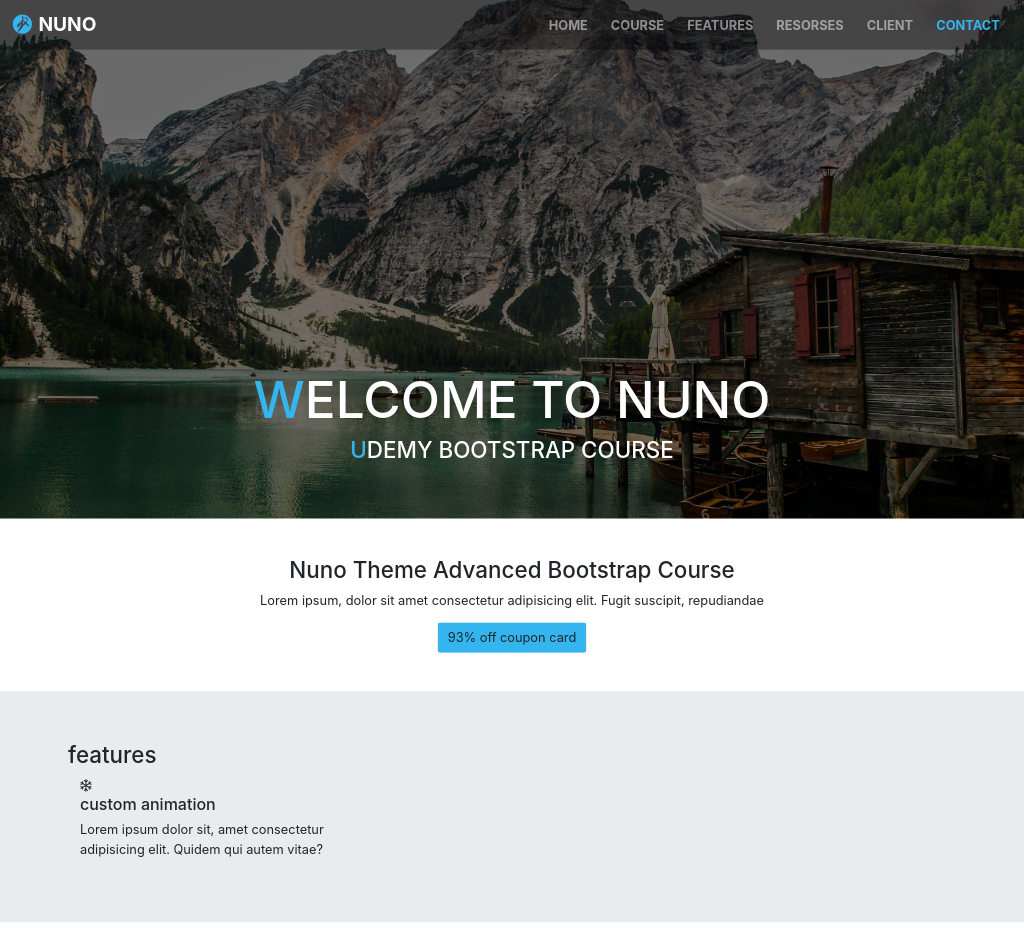
Repository: Mietlicha/bootstrap_template_exercise
Page: index.html
These files come from the project's save history. The page is drawn as it stood at one moment and after the next save; the edit follows.
The browser window is 1280 px wide. The pictures show the whole page, at 80% of full size.

Above is the page before, as saved 2019-11-19 20:02:55.

### index.html
<!DOCTYPE html>
<html lang="en">

<head>
    <meta charset="UTF-8">
    <meta name="viewport" content="width=device-width, initial-scale=1.0">
    <meta http-equiv="X-UA-Compatible" content="ie=edge">
    <title>Bootstrap template</title>
    <link rel="stylesheet" href="https://stackpath.bootstrapcdn.com/bootstrap/4.3.1/css/bootstrap.min.css"
        integrity="sha384-ggOyR0iXCbMQv3Xipma34MD+dH/1fQ784/j6cY/iJTQUOhcWr7x9JvoRxT2MZw1T" crossorigin="anonymous">
    <link rel="stylesheet" href="style.css">
    <link rel="stylesheet" href="https://cdnjs.cloudflare.com/ajax/libs/font-awesome/4.7.0/css/font-awesome.min.css">
</head>

<body data-spy="scroll" data-target="#main-nav">
    <!--------------------nav/home-------------------------------------------------------------------->
    <nav id="main-nav" class="navbar navbar-expand-md navbar-dark bg-dark font-weight-bold fixed-top">
        <a class="navbar-brand" href="#"><i class="fa fa-grav mr-2" aria-hidden="true"></i>Nuno</a>
        <button class="navbar-toggler" type="button" data-toggle="collapse" data-target="#navbarSupportedContent"
            aria-controls="navbarSupportedContent" aria-expanded="false" aria-label="Toggle navigation">
            <span class="navbar-toggler-icon"></span>
        </button>

        <div class="collapse navbar-collapse" id="navbarSupportedContent">
            <ul class="navbar-nav ml-auto">
                <li class="nav-item">
                    <a class="nav-link" href="#home">Home</a>
                </li>
                <li class="nav-item">
                    <a class="nav-link" href="#course">Course</a>
                </li>
                <li class="nav-item">
                    <a class="nav-link" href="#feature">Features</a>
                </li>
                <li class="nav-item">
                    <a class="nav-link" href="#resourses">Resorses</a>
                </li>
                <li class="nav-item">
                    <a class="nav-link" href="#client">Client</a>
                </li>
                <li class="nav-item">
                    <a class="nav-link" href="#contact">Contact</a>
                </li>
        </div>
    </nav>
<!--------------------main----------------------------------------------------------------->
<main>
    <!--------------------home-------------------->
    <section id="home">
        <div class="home--landing-page">
        </div>
        <div class="home--caption">
            <h1>Welcome to Nuno</h1>
            <h3>Udemy bootstrap course</h3>
        </div>
    </section>

    <!--------------------corse-------------------->
    <section id="course" class="container text-center mt-5 mb-5">
        <header><h3>Nuno Theme Advanced Bootstrap Course</h3></header>
        <p>Lorem ipsum, dolor sit amet consectetur adipisicing elit. Fugit suscipit, repudiandae
        </p>
        <a href="#" class="btn btn-md" target="_blnk">93% off coupon card</a>
    </section>
    <!--------------------feature-------------------->
    <section id="feature">
            <div class="jumbotron jumbotron-fluid">
                    <div class="container">
                     <header><h3>features</h3></header>
                     <div class="feature-item col-md-4">
                        <i class="fa fa-snowflake-o" aria-hidden="true"></i>
                         <h5>custom animation</h5>
                         <p>Lorem ipsum dolor sit, amet consectetur adipisicing elit. Quidem qui autem vitae?</p>
                    </div>
                     <div class="feature-item"></div>
                     <div class="feature-item"></div>
                    </div>
                  </div>
    </section>
    <!--------------------Resourses-------------------->
    <section id="resourses">

    </section>
    <!--------------------Client-------------------->
    <section id="client">

    </section>
    <!--------------------Contact-------------------->
    <section id="contact">

    </section>
</main>

    <script src="https://code.jquery.com/jquery-3.3.1.slim.min.js"
        integrity="sha384-q8i/X+965DzO0rT7abK41JStQIAqVgRVzpbzo5smXKp4YfRvH+8abtTE1Pi6jizo"
        crossorigin="anonymous"></script>
    <script src="https://cdnjs.cloudflare.com/ajax/libs/popper.js/1.14.7/umd/popper.min.js"
        integrity="sha384-UO2eT0CpHqdSJQ6hJty5KVphtPhzWj9WO1clHTMGa3JDZwrnQq4sF86dIHNDz0W1"
        crossorigin="anonymous"></script>
    <script src="https://stackpath.bootstrapcdn.com/bootstrap/4.3.1/js/bootstrap.min.js"
        integrity="sha384-JjSmVgyd0p3pXB1rRibZUAYoIIy6OrQ6VrjIEaFf/nJGzIxFDsf4x0xIM+B07jRM"
        crossorigin="anonymous"></script>
</body>

</html>

### style.css
:root{
--main-colour: rgb(53, 181, 240);
font-size: 12px;
}

body{
    position: relative;
}

/************************NAV******************************************/
.bg-dark {
    background-color: #0a0a0a60!important;
}

.navbar-dark .navbar-nav .nav-link:hover{
    color: rgb(255, 255, 255);
}

.nav-link{
    padding: 0 7rem;
}

#main-nav {
text-transform: uppercase;
}

#main-nav .navbar-brand{
    font-size: 1.5rem;
}

#main-nav .navbar-brand i{
    color: var(--main-colour);
}

.navbar-dark .navbar-nav .nav-link.active{
    color: var(--main-colour);
    font-weight: bold;
}

.navbar-dark .navbar-nav .nav-link{
    padding-top: .9rem;
}

/*Nav*/
@media (min-width: 768px){
    :root{
        font-size: 16px;
    }
.navbar-expand-md .navbar-nav .nav-link {
    padding-right: .9rem;
    padding-left: .9rem;
    padding-top: 0;
}
}

/************************Home******************************************/
.home--landing-page{
    background: linear-gradient(rgba(0, 0, 0, 0.534), rgba(0, 0, 0, 0.534)), url(img/tlo.jpg) center/cover no-repeat;
    width: 100vw;
    height: 90vh;
}

.home--caption{
    width: 100%;
    position: absolute;
    top: 40%;
    z-index: 3;
    text-align: center;
    color: #fff;
    text-transform: uppercase;
}

.home--caption h1{
    font-size: 4rem;
}

.home--caption h1::first-letter, .home--caption h3::first-letter{
    color: var(--main-colour);
}

/************************Course******************************************/
#course .btn{
    background-color: var(--main-colour);
}

After the next save:
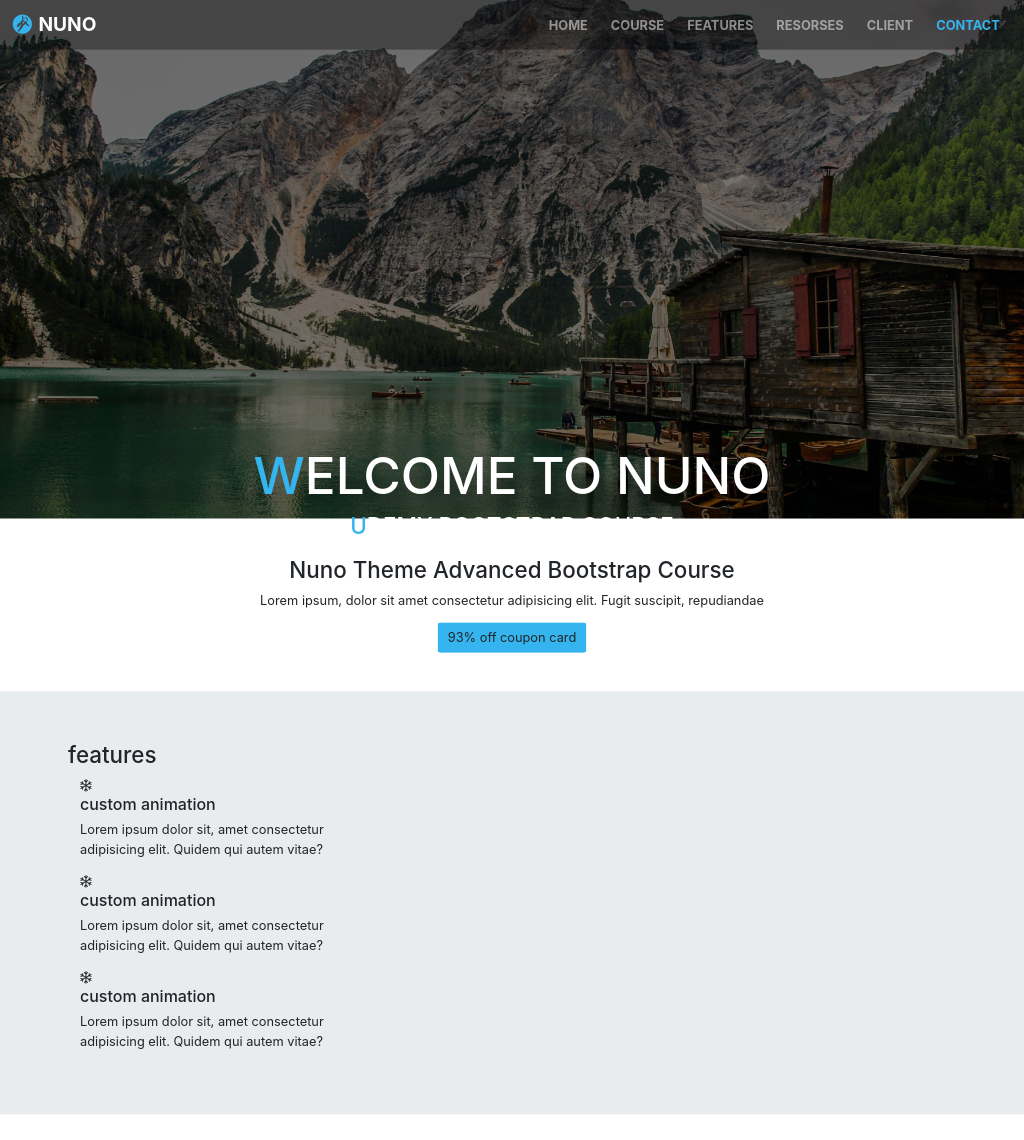
Saved 38 s later.
--- a/index.html
+++ b/index.html
@@ -66,14 +66,22 @@
     <section id="feature">
             <div class="jumbotron jumbotron-fluid">
                     <div class="container">
-                     <header><h3>features</h3></header>
-                     <div class="feature-item col-md-4">
-                        <i class="fa fa-snowflake-o" aria-hidden="true"></i>
-                         <h5>custom animation</h5>
-                         <p>Lorem ipsum dolor sit, amet consectetur adipisicing elit. Quidem qui autem vitae?</p>
-                    </div>
-                     <div class="feature-item"></div>
-                     <div class="feature-item"></div>
+                        <header><h3>features</h3></header>
+                        <div class="feature-item col-md-4">
+                            <i class="fa fa-snowflake-o" aria-hidden="true"></i>
+                            <h5>custom animation</h5>
+                            <p>Lorem ipsum dolor sit, amet consectetur adipisicing elit. Quidem qui autem vitae?</p>
+                        </div>
+                        <div class="feature-item col-md-4">
+                            <i class="fa fa-snowflake-o" aria-hidden="true"></i>
+                                <h5>custom animation</h5>
+                                <p>Lorem ipsum dolor sit, amet consectetur adipisicing elit. Quidem qui autem vitae?</p>
+                        </div>
+                        <div class="feature-item col-md-4">
+                            <i class="fa fa-snowflake-o" aria-hidden="true"></i>
+                                <h5>custom animation</h5>
+                                <p>Lorem ipsum dolor sit, amet consectetur adipisicing elit. Quidem qui autem vitae?</p>
+                        </div>
                     </div>
                   </div>
     </section>
